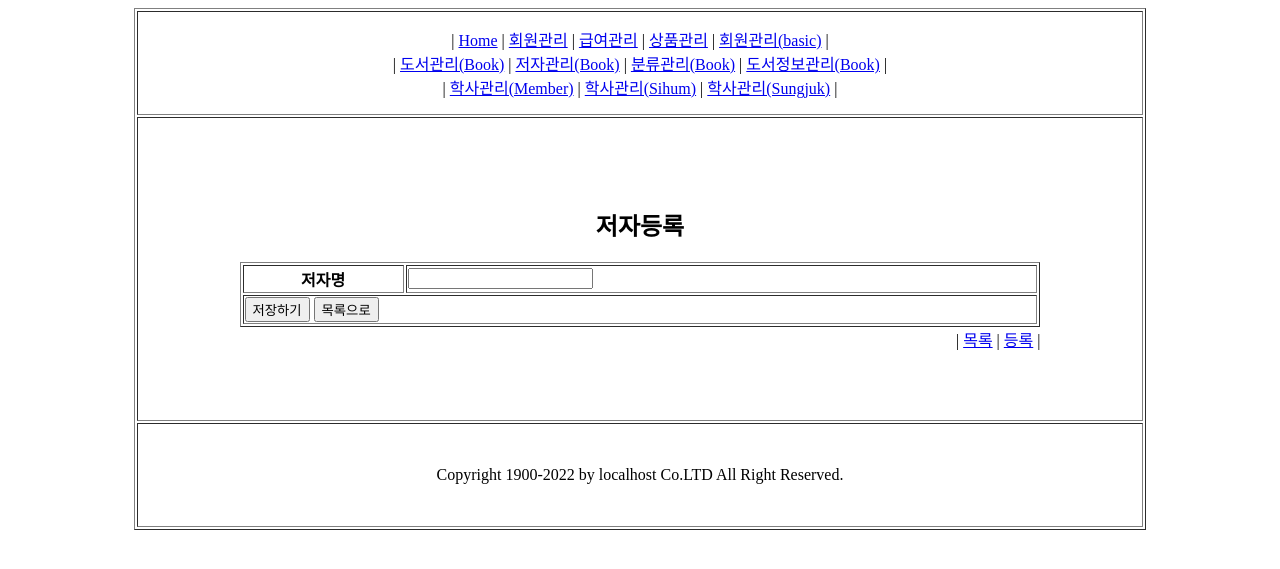
Repository: Mildous/HKIT-BackendClass
Page: http://localhost/jspTest/BookInfo/insert.jsp
An editor plug-in stored every save of this project. The page is shown before and after the next save, followed by the edit.
The browser window is 1280 px wide. The pictures show the whole page.
The page is served by Tomcat 9. Other server files are loaded and not shown.

Above is the page before, as saved 2022-08-16 02:46:24.

### workspace/jsp/jspTest/WebContent/BookInfo/insert.jsp
<%@ page language="java" contentType="text/html; charset=UTF-8"
    pageEncoding="UTF-8"%>
<!DOCTYPE html>
<html>
<head>
<meta charset="UTF-8">
<title>저자관리</title>
</head>
<body>

<table border="1" width="80%" align="center">
	<tr>
		<td height="100px;" align="center">
			<jsp:include page="../include/inc_menu.jsp" flush="true" />
		</td>
	</tr>
	<tr>
		<td height="300px;" align="center">
			<jsp:include page="insert_sub.jsp" flush="true" />
		</td>
	</tr>
	<tr>
		<td height="100px;" align="center">
			<jsp:include page="../include/inc_bottom.jsp" flush="true" />
		</td>
	</tr>
</table>

</body>
</html>

### workspace/jsp/jspTest/WebContent/include/inc_menu.jsp
<%@ page language="java" contentType="text/html; charset=UTF-8"
    pageEncoding="UTF-8"%>
<!DOCTYPE html>
<html>
<head>
<meta charset="UTF-8">
<title>Insert title here</title>
</head>
<body>
	|
	<a href="/jspTest">Home</a>
	|
	<a href="../member/list.jsp">회원관리</a>
	|
	<a href="#">급여관리</a>
	|
	<a href="../product/list.jsp">상품관리</a>
	|
	<a href="../memberBasic/list.jsp">회원관리(basic)</a>
	|

	<br>

	|
	<a href="../Book/list.jsp">도서관리(Book)</a>
	|
	<a href="../BookAuthor/list.jsp">저자관리(Book)</a>
	|
	<a href="../BookProfile/list.jsp">분류관리(Book)</a>
	|
	<a href="../BookInfo/list.jsp">도서정보관리(Book)</a>
	|

	<br>

	|
	<a href="../haksaMember/list.jsp">학사관리(Member)</a>
	|
	<a href="../haksaSihum/list.jsp">학사관리(Sihum)</a>
	|
	<a href="../haksaSungjuk/list.jsp">학사관리(Sungjuk)</a>
	|
</body>
</html>

### workspace/jsp/jspTest/WebContent/BookInfo/insert_sub.jsp
<%@page import="java.util.ArrayList"%>
<%@page import="bookAuthor.model.dto.BookAuthorDTO"%>
<%@page import="bookAuthor.model.dao.BookAuthorDAO"%>
<%@ page language="java" contentType="text/html; charset=UTF-8"
    pageEncoding="UTF-8"%>
<%

%>

<h2>저자등록</h2>
<form name="DirForm">
<table border="1" width="80%" align="center">
	<tr>
		<th>저자명</th>
		<td><input type="text" name="author"></td>
	</tr>
	<tr>
		<td colspan="2">
			<button type="button" onClick="formSubmit();">저장하기</button>
			<button type="button" onClick="location.href='list.jsp';">목록으로</button>
	</tr>
</table>
</form>
<div style="width: 80%; margin: 10px, 0;" align="right">
	|
	<a href="#" onClick="move('list.jsp', '');">목록</a>
	|
	<a href="#" onClick="move('insert.jsp', '');">등록</a>
	|
</div>

<script>
function move(value1, value2) {
	location.href = value1 + '?authorNo=' + value2;
}
</script>

### workspace/jsp/jspTest/WebContent/include/inc_bottom.jsp
<%@ page language="java" contentType="text/html; charset=UTF-8"
    pageEncoding="UTF-8"%>
<!DOCTYPE html>
<html>
<head>
<meta charset="UTF-8">
<title>Insert title here</title>
</head>
<body>
	Copyright 1900-2022 by localhost Co.LTD All Right Reserved.
</body>
</html>

After the next save:
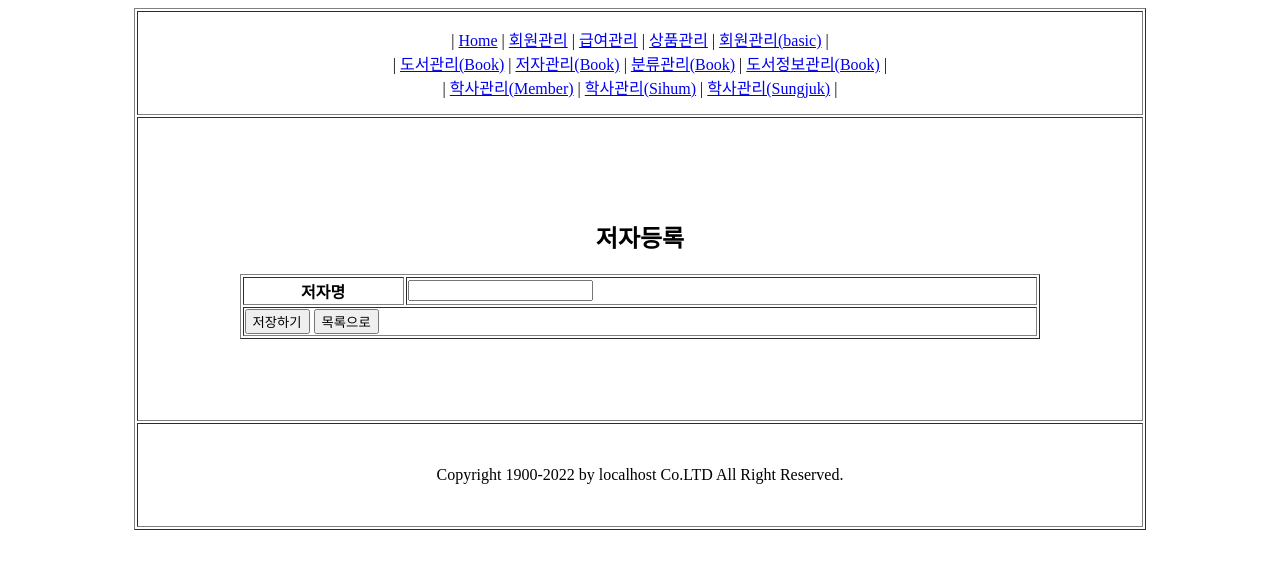
Console error: SyntaxError: Function statements require a function name
Saved 11 s later.
--- a/workspace/jsp/jspTest/WebContent/BookInfo/insert_sub.jsp
+++ b/workspace/jsp/jspTest/WebContent/BookInfo/insert_sub.jsp
@@ -21,16 +21,9 @@
 	</tr>
 </table>
 </form>
-<div style="width: 80%; margin: 10px, 0;" align="right">
-	|
-	<a href="#" onClick="move('list.jsp', '');">목록</a>
-	|
-	<a href="#" onClick="move('insert.jsp', '');">등록</a>
-	|
-</div>
 
 <script>
-function move(value1, value2) {
+function (value1, value2) {
 	location.href = value1 + '?authorNo=' + value2;
 }
 </script>

After the 5 saves that followed:
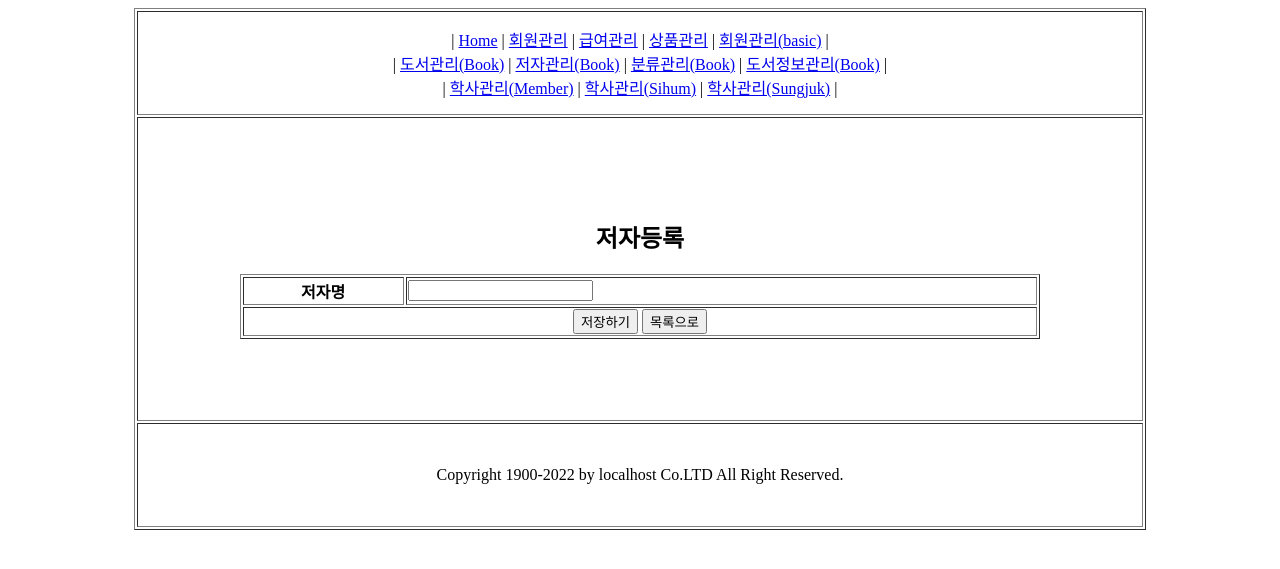
The error is gone.
The 5 saves are shown as one change because 4 left the picture as it was.
The last was saved 2 min 3 s later.
--- a/workspace/jsp/jspTest/WebContent/BookInfo/insert_sub.jsp
+++ b/workspace/jsp/jspTest/WebContent/BookInfo/insert_sub.jsp
@@ -8,14 +8,15 @@
 %>
 
 <h2>저자등록</h2>
+
 <form name="DirForm">
 <table border="1" width="80%" align="center">
 	<tr>
 		<th>저자명</th>
-		<td><input type="text" name="author"></td>
+		<td><input type="text" name="author" id="author"></td>
 	</tr>
 	<tr>
-		<td colspan="2">
+		<td colspan="2" align="center">
 			<button type="button" onClick="formSubmit();">저장하기</button>
 			<button type="button" onClick="location.href='list.jsp';">목록으로</button>
 	</tr>
@@ -23,7 +24,11 @@
 </form>
 
 <script>
-function (value1, value2) {
-	location.href = value1 + '?authorNo=' + value2;
+function formSubmit() {
+	if(confirm('저장할까요?')) {
+		document.DirForm.action = "insertProc.jsp";
+		document.DirForm.method = "post";
+		document.DirForm.submit();
+	}
 }
 </script>
